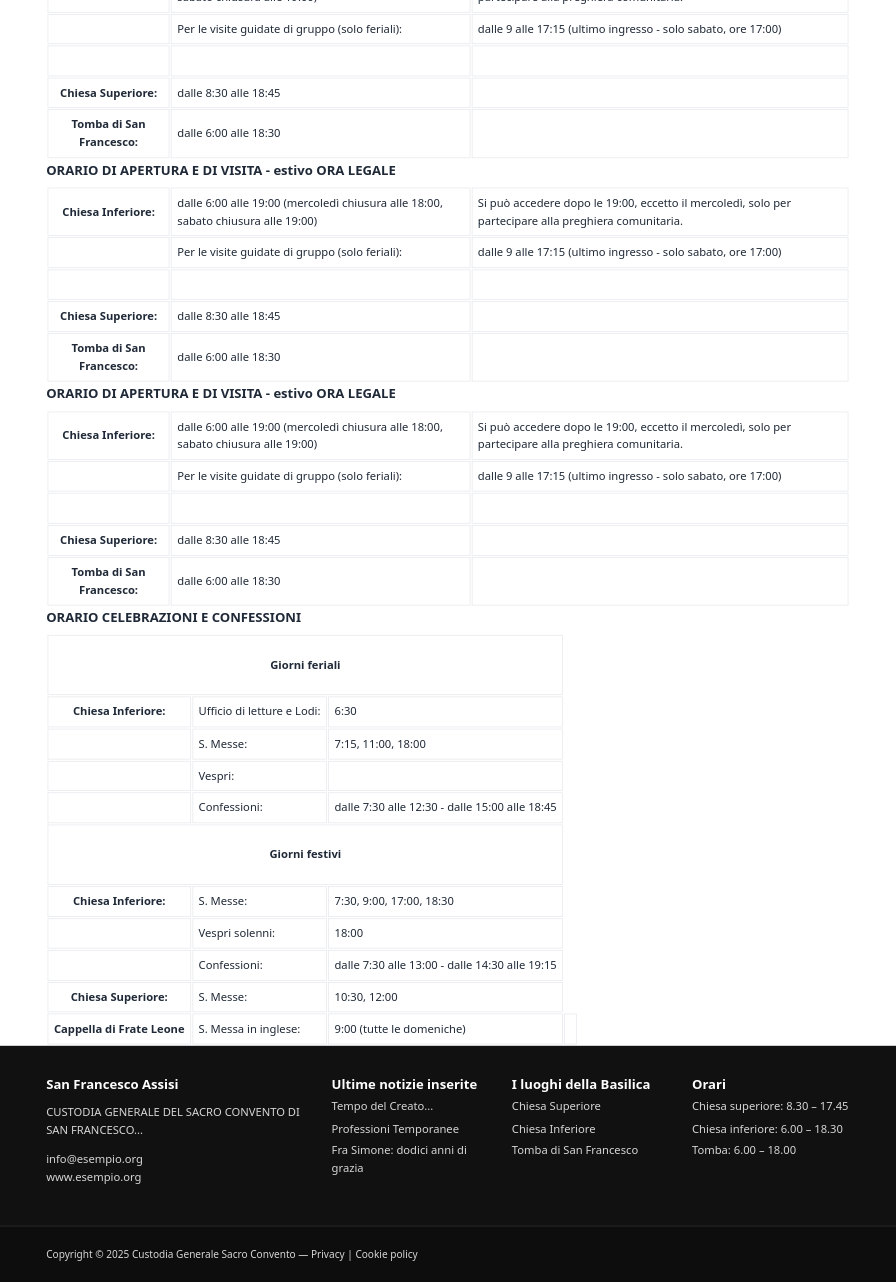
Repository: leacappello/basilica-platform-project
Page: pages/orari.html
The author's editor kept a copy of each file at every save. The page is drawn from the files as they stood at one save, then again after the next save.
The browser window is 1280 px wide. The pictures show the part of the page from y = 740 to 2660 px (the page is 2572 px tall before and 2660 px after), at 70% of full size.

Above is the page before, as saved 2025-09-15 12:21:26.
Console error (its wording comes from the project's code and is left out).

After the next save:
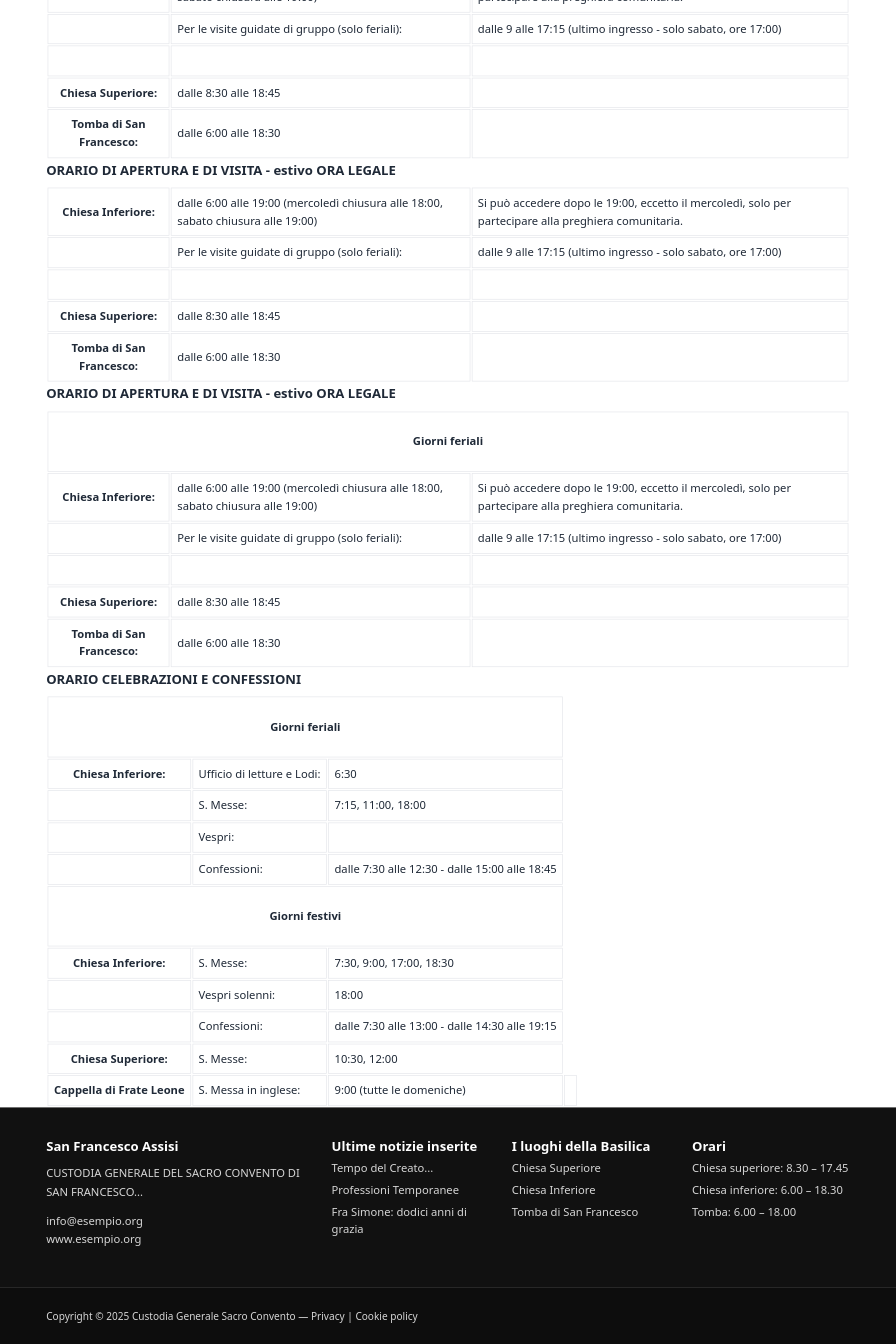
Saved 25 s later.
--- a/pages/orari.html
+++ b/pages/orari.html
@@ -234,6 +234,13 @@
                          <h3>ORARIO DI APERTURA E DI VISITA - estivo ORA LEGALE</h3>
                         <table class="orari">
                             <tbody>
+                                  <tr>
+                                    <th colspan="3">
+                                        <center>
+                                            <h4>Giorni feriali</h4>
+                                        </center>
+                                    </th>
+                                </tr>
                                 <tr>
                                     <th scope="col">Chiesa Inferiore:</th>
                                     <td>dalle 6:00 alle 19:00 (mercoledì chiusura alle 18:00, sabato chiusura alle
